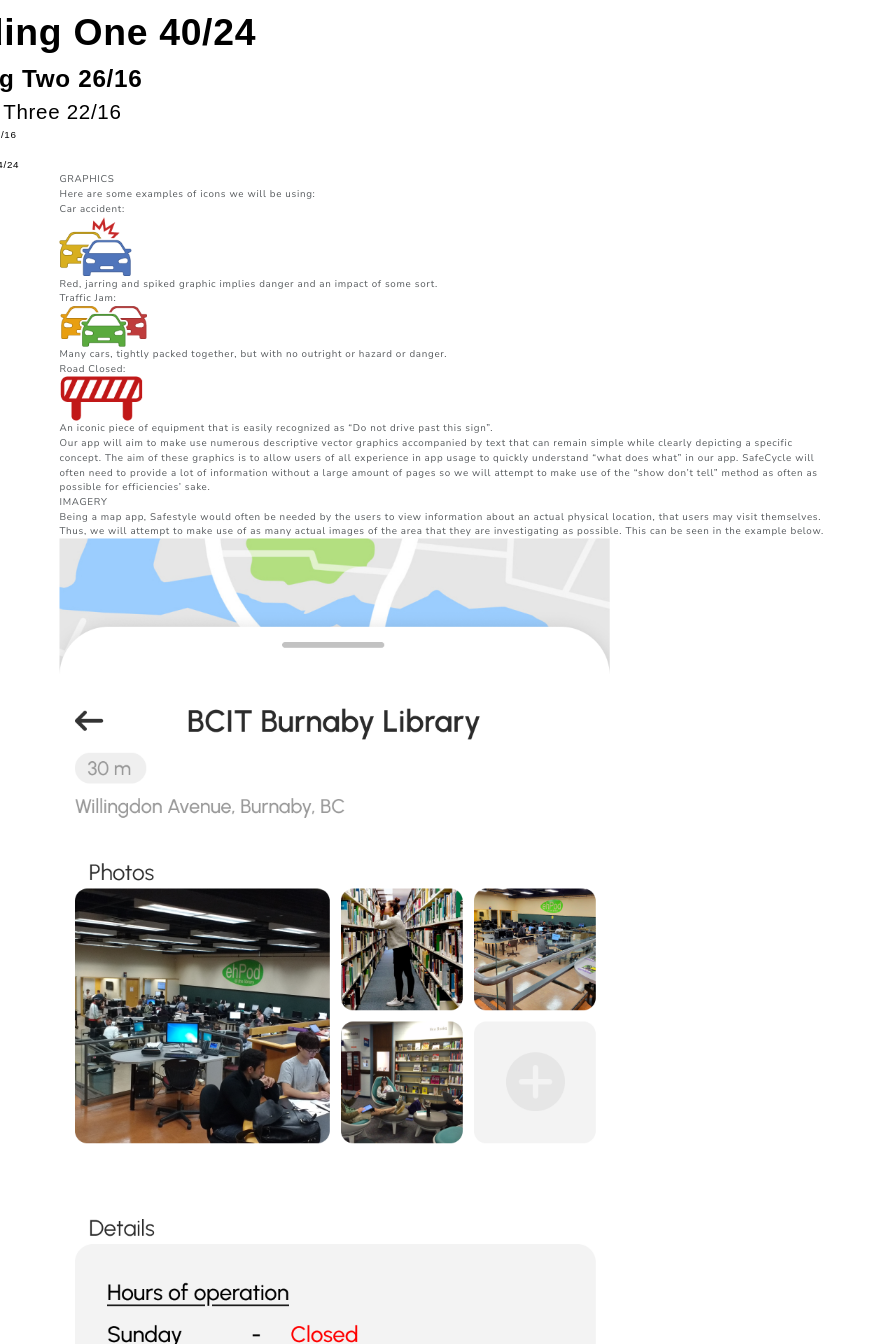
Repository: Aladdin3r/safecycle-styleguide
Page: /
These files come from the project's save history. The page is drawn as it stood at one moment and after the next save; the edit follows.
The browser window is 1280 px wide. The pictures show the part of the page from y = 2716 to 4636 px (the page is 5319 px tall before and 5335 px after), at 70% of full size.
The project was rebuilt for these pictures with package versions that can differ from the ones it lists, and the page was loaded fresh each time. The framework's server and built-in components were replaced by stand-ins that run in the browser. Also part of the build but not shown: next.config.mjs.

Above is the page before, as saved 2024-04-09 22:04:15.

### pages/_app.js
import "@/styles/globals.css";
import "@/styles/bootstrap.min.css";
import { useEffect } from "react";


export default function App({ Component, pageProps }) {

  useEffect(() => {
    require("bootstrap/dist/js/bootstrap.bundle.min.js");
  }, []);
  return <Component {...pageProps} />;
}

### pages/index.js
import Head from "next/head";
import styles from "@/styles/Home.module.css"

export default function Home() {

  return (
    <>
      <Head>
        <title>SafeCycle Styleguide</title>
        <meta name="description"
        content=
        "Created by Rawan Aladdin, Nea Pieroelie, Andrew Turitsa."
       />
        <meta name="viewport" content="width=device-width, initial-scale=1" />
        <link rel="icon" href="/favicon1.svg" />
      </Head>
      <nav class="navbar navbar-expand-lg bg-light sticky-top" data-bs-theme="light">
        <div class="container-fluid">
          <a class="navbar-brand" href="#">SafeCycle</a>
          <button class="navbar-toggler" type="button" data-bs-toggle="collapse" data-bs-target="#navbarColor03" aria-controls="navbarColor03" aria-expanded="false" aria-label="Toggle navigation">
            <span class="navbar-toggler-icon"></span>
          </button>
          <div class="collapse navbar-collapse" id="navbarColor03">
            <ul class="navbar-nav me-auto">
              <li class="nav-item">
                <a class="nav-link active" href="#">Home</a>
              </li>
              <li class="nav-item">
                <a class="nav-link" href="#logo">Logo</a>
              </li>
              <li class="nav-item">
                <a class="nav-link" href="#colours">Colours</a>
              </li>
              <li class="nav-item">
                <a class="nav-link" href="#types">Typography, Imagery, Graphics</a>
              </li>
              <li class="nav-item">
                <a class="nav-link" href="#refs">References</a>
              </li>
            </ul>
          </div>
        </div>
      </nav>
      <main>
      <div class="jumbotron">
        <h1 class="display-3 mt-5 pt-5">SafeCycle</h1>
        <p class="display-4 pb-5">Styleguide</p>
        <hr class="my-5"/>
        <p class="mb-5">Rawan Aladdin, Nea Pieroelie, Andrew Turitsa</p>
        <p class="lead mb-5">
          <a class="btn btn-primary btn-lg my-5" href="#logo" role="button">Start the guide</a>
        </p>
      </div>
      <div id="logo" class="p-4">
        <h2 class="p-2 mt-3">Logo Design</h2>
        <p class="p-3">
          Logo font choice: DIN condensed bold
          colours: #F0983F orange #911C12 red #AD5C0A pale orange
        </p>
        <div class="container">
          <div class="card-group">
              <div class="row">
                <div className="col-sm-4">
                  <div class="bg-primary card text-white mb-3" className={styles.card}>
                    <div class="card-body">
                      <h4 class="card-title">Full-colour logo</h4>
                      <img class="card-img-top" src="/fullcolourlogo.svg" alt="full-colour logo"></img>
                      <p class="card-text">Some quick example text to build on the card title and make up the bulk of the card's content. blah blah blah</p>
                    </div>
                  </div>
                </div>

                <div className="col-sm-4">
                  <div class="bg-primary card text-white mb-3" className={styles.card}>
                  <div class="card-body">
                    <h4 class="card-title">Black and white Logo</h4>
                    <img class="card-img-top" src="/blackandwhitelogo.svg" alt="black and white logo"></img>
                    <p class="card-text">Some quick example text to build on the card title and make up the bulk of the card's content.</p>
                  </div>
                  </div>
                </div>

                <div className="col-sm-4">
                  <div class="bg-primary card text-white mb-3" className={styles.card}>
                  <div class="card-body">
                    <h4 class="card-title">Greyscale Logo</h4>
                    <img class="card-img-top" src="/greyscalelogo.svg" alt="greyscale logo"></img>
                    <p class="card-text">Some quick example text to build on the card title and make up the bulk of the card's content.</p>
                  </div>
                  </div>
                </div>

              </div>

              <div class="row">
                <div className="col-sm-4">
                  <div class="bg-primary card text-white mb-3" className={styles.card}>
                    <div class="card-body">
                      <h4 class="card-title">Monochromatic logo</h4>
                      <img class="card-img-top" src="/monochromatic.svg" alt="Monochromatic logo"></img>
                      <p class="card-text">Some quick example text to build on the card title and make up the bulk of the card's content. blah blah blah</p>
                    </div>
                  </div>
                </div>

                <div className="col-sm-4">
                  <div class="bg-primary card text-white mb-3" className={styles.card}>
                  <div class="card-body">
                    <h4 class="card-title">Horizontal version of full-colour Logo</h4>
                    <img class="card-img-top" src="/horizontalfullcolour.svg" alt="horizontal full colour logo"></img>
                    <p class="card-text">Some quick example text to build on the card title and make up the bulk of the card's content.</p>
                  </div>
                  </div>

              </div>

              <div className="col-sm-4">
                <div class="bg-primary card  text-white mb-3" className={styles.card}>
                <div class="card-body">
                  <h4 class="card-title">Stacked/vertical version of full-colour Logo</h4>
                  <img class="card-img-top" src="/verticalfullcolour.svg" alt="stacked/vertical colour logo"></img>
                  <p class="card-text">Some quick example text to build on the card title and make up the bulk of the card's content.</p>
                </div>
                </div>
              </div>
            </div>
            <div class="row">
                <div className="col-sm-4">
                  <div class="bg-primary card text-white mb-3" className={styles.card}>
                    <div class="card-body z-3">
                      <h4 class="card-title">16x16px Favicon</h4>
                      <img class="card-img-top" src="/favicon1.svg" alt="xs favicon"></img>
                      <p class="card-text">Some quick example text to build on the card title and make up the bulk of the card's content. blah blah blah</p>
                    </div>
                  </div>
                </div>

                <div className="col-sm-4">
                  <div class="bg-primary card  text-white mb-3" className={styles.card}>
                  <div class="card-body">
                    <h4 class="card-title">32x32px Favicon</h4>
                    <img class="card-img-top" src="/favicon2.svg" alt="small favicon"></img>
                    <p class="card-text">Some quick example text to build on the card title and make up the bulk of the card's content.</p>
                  </div>
                  </div>

              </div>

              <div className="col-sm-4">
                <div class="bg-primary card text-white mb-3" className={styles.card}>
                <div class="card-body">
                  <h4 class="card-title">48x48px Favicon</h4>
                  <img class="card-img-top" src="/favicon3.svg" alt="normal favicon"></img>
                  <p class="card-text">Some quick example text to build on the card title and make up the bulk of the card's content.</p>
                </div>
                </div>
              </div>
            </div>
          </div>
        </div>
      </div>
      <div id="colours" class="p-4">
        <h2 class="p-2">Colour Palette, Colour Accessibility</h2>
        <div class="container">

        </div>
      </div>
      <div id="types" class="p-4">
        <h2 class="p-2">Typography, Imagery, Graphics</h2>
        <div class="container">
        <p className={styles.typo_desc} class="p-3">
        The fonts used in SafeCycle will be a blend of Urbanist and Sarabun. They are both sans serif fonts that are not too fancy but also not too rigid and boring. We believe that these fonts have a charming blend of simple, practical functionality and the calming, welcoming feel of a guidance application.  The characters of the Urbanist font are slightly more block-like, so this font will be used primary for heading and standalone words or phrases. Sarabun's characters on the other hand have a more natural curves and shaped, so this more elegant font will be used for body text and paragraphs.
        </p>
        <div className={styles.h1Typo}>Heading One 40/24</div>
        <div className={styles.h2Typo}>Heading Two 26/16</div>
        <div className={styles.h3Typo}>Heading Three 22/16</div>
        <div className={styles.h4Typo}>Heading Four 20/16</div>
        <div className={styles.BodyTypo}>Body 14/24</div>
        <div className={styles.ButtonMetaTypo}>Button + Meta 14/24</div>
        <div>GRAPHICS</div>
        <div>Here are some examples of icons we will be using:</div>
        <div>Car accident:</div>
        <img class="carCrash" src="/carCrash.png" alt="Car Accident"></img>
        <div>Red, jarring and spiked graphic implies danger and an impact of some sort.</div>
        <div>Traffic Jam:</div>
        <img class="traffic" src="/traffic.png" alt="Traffic"></img>
        <div>Many cars, tightly packed together, but with no outright or hazard or danger.</div>
        <div>Road Closed:</div>
        <img class="RoadClosed" src="/RoadClosed.png" alt="Raod Closed"></img>
        <div>An iconic piece of equipment that is easily recognized as “Do not drive past this sign”.</div>
        <div>Our app will aim to make use numerous descriptive vector graphics accompanied by text that can remain simple while clearly depicting a specific concept. The aim of these graphics is to allow users of all experience in app usage to quickly understand “what does what” in our app. SafeCycle will often need to provide a lot of information without a large amount of pages so we will attempt to make use of the “show don’t tell” method as often as possible for efficiencies’ sake.</div>
        <div>IMAGERY</div>
        <div>Being a map app, Safestyle would often be needed by the users to view information about an actual physical location, that users may visit themselves. Thus, we will attempt to make use of as many actual images of the area that they are investigating as possible. This can be seen in the example below.</div>
        <img class="locationPage" src="/locationPage.png" alt="Location Page"></img>


        </div>
        </div>
      <div id="refs" class="p-4">
        <h2 class="p-2">References</h2>
        <div class="container">

        </div>
      </div>
      </main>
    </>
  );
}

### styles/Home.module.css
.main {
  display: flex;
  flex-direction: column;
  justify-content: space-between;
  align-items: center;
  padding: 6rem;
  min-height: 100vh;
}
.card{
  max-width: 30em;
}

.typo_desc{
  margin-left: -14.5em;

}
.h1Typo {
  font-family: "Urbanist", sans-serif;
  font-style: bold;
  font-size: 40pt;
  font-weight: 900;
  color: black;
  margin-left: -4em;
}
.h2Typo {
  font-family: "Urbanist", sans-serif;
  font-style: bold;
  font-size: 26pt;
  font-weight: 600;
  color: black;
  margin-left: -6em;
}
.h3Typo {
  font-family: "Urbanist", sans-serif;
  font-style: bold;
  font-size: 22pt;
  font-weight: 500;
  color: black;
  margin-left: -7em;
}
.h4Typo {
  font-family: "Urbanist", sans-serif;
  font-style: bold;
  font-size: 20;
  font-weight: 500;
  color: black;
  margin-left: -14.5em;
}

.BodyTypo {
  font-family: "Sarabun", sans-serif;
  font-weight:500;
  font-style: normal;
  color: black;
  font-size: 18;
  margin-left: -14.5em;
}
.ButtonMetaTypo {
  font-family: "Sarabun", sans-serif;
  font-weight:500;
  font-style: normal;
  color: black;
  font-size: 18;
  margin-left: -14.5em;
}

Loaded but not shown: pages/_document.js (common file); styles/globals.css (common file); styles/bootstrap.min.css (library)

After the next save:
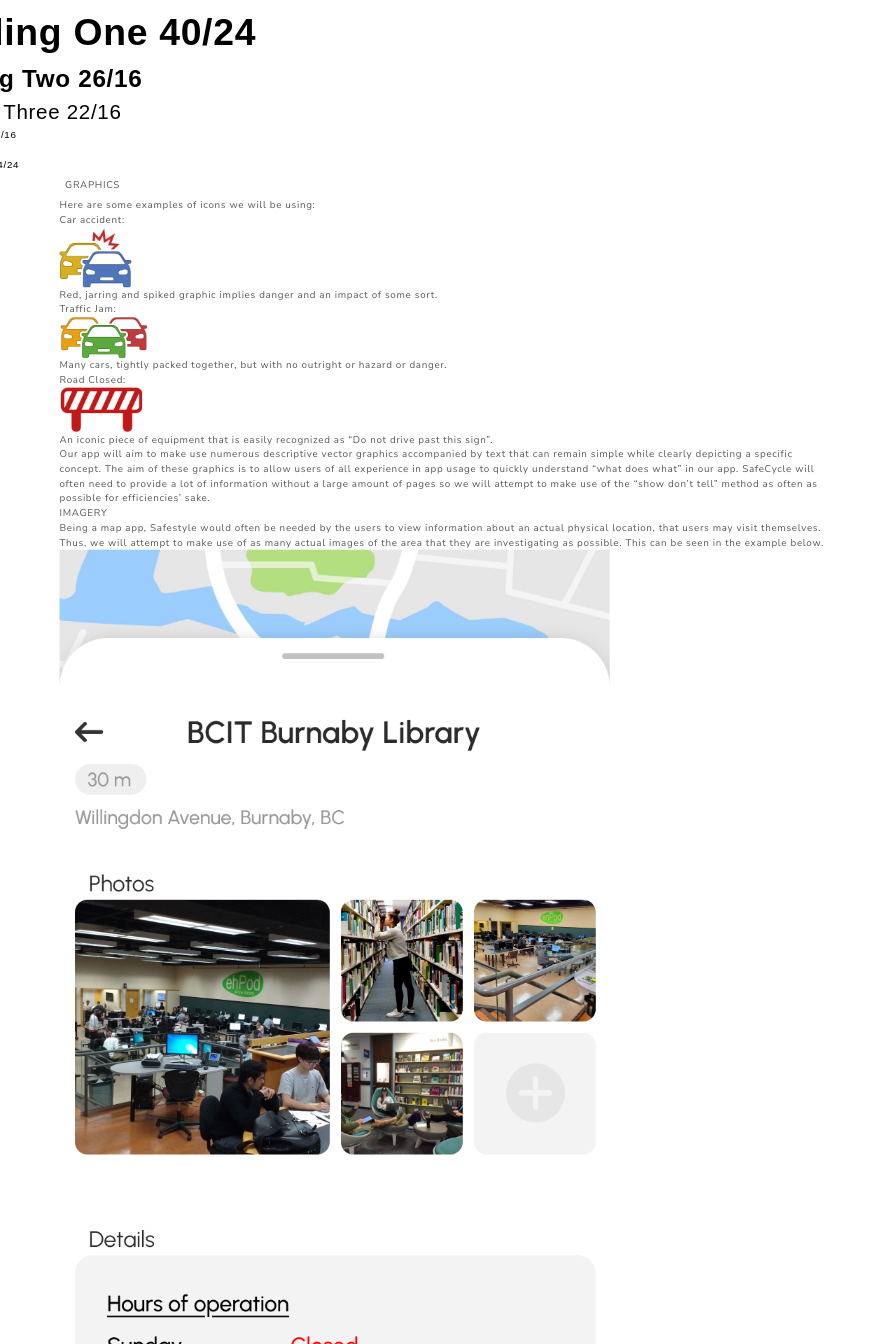
Saved 13 min 4 s later.
--- a/pages/index.js
+++ b/pages/index.js
@@ -177,7 +177,7 @@
         <div className={styles.h4Typo}>Heading Four 20/16</div>
         <div className={styles.BodyTypo}>Body 14/24</div>
         <div className={styles.ButtonMetaTypo}>Button + Meta 14/24</div>
-        <div>GRAPHICS</div>
+        <div class="p-2">GRAPHICS</div>
         <div>Here are some examples of icons we will be using:</div>
         <div>Car accident:</div>
         <img class="carCrash" src="/carCrash.png" alt="Car Accident"></img>
